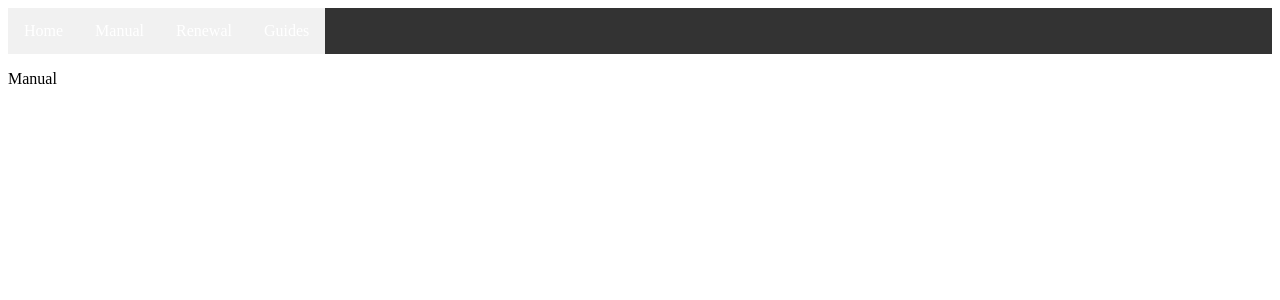
Repository: muesinga/ticketoffice-dot-info
Page: guides/manual.html
An editor plug-in stored every save of this project. The page is shown before and after a run of saves, followed by the edit.
The browser window is 1280 px wide. The pictures show the whole page.

Above is the page before, as saved 2022-06-07 14:29:45.
Console error: TypeError: Cannot read properties of null (reading 'getElementsByClassName')

### guides/manual.html
<!DOCTYPE html>
<html>
<head>
    <link rel="stylesheet" href="/style/style.css">
    <link rel="import" href="/components/nav.html">
    <script src="/src/nav.js" deferd></script>
    <script src="/src/index.js" defer></script>
</head>
<body>
    <script id="replace_with_navbar" src="index.js"></script>
<p>
    Manual
</p>

</body>
</html>

### style/style.css
  #navlink-container {
    list-style-type: none;
    margin: 0;
    padding: 0;
    overflow: hidden;
    background-color: #333;
  }
  .navlink {
    border: none;
    outline: none;
    padding: 14px 16px;
    background-color: #f1f1f1;
    cursor: pointer;
    text-decoration: none;
    display: block;
    color: white;
    float: left;
  }

  body {
    background-color:white;
  }
  ul {
    list-style-type: none;
    margin: 0;
    padding: 0;
    overflow: hidden;
    background-color: #38444d;
  }

  li {
    float: left;
  }

  .active, .navlink:hover {
    background-color: #666;
    color: white;
  }

  li a, .dropbtn {
    display: inline-block;
    color: white;
    text-align: center;
    padding: 14px 16px;
    text-decoration: none;
  }

  li a:hover, .dropdown:hover .dropbtn {
    background-color: red;
  }


  li.dropdown {
    display: inline-block;
  }

  .dropdown-content {
    display: none;
    position: absolute;
    background-color: #f9f9f9;
    min-width: 160px;
    box-shadow: 0px 8px 16px 0px rgba(0,0,0,0.2);
    z-index: 1;
  }

  .dropdown-content a {
    color: black;
    padding: 12px 16px;
    text-decoration: none;
    display: block;
    text-align: left;
  }

  .dropdown-content a:hover {background-color: #f1f1f1;}

  .dropdown:hover .dropdown-content {
    display: block;
  }

### src/nav.js
fetch('/components/nav.html')
.then(res => res.text())
.then(text => {
    let oldelem = document.querySelector("script#replace_with_navbar");
    let newelem = document.createElement("div");
    newelem.innerHTML = text;
    oldelem.parentNode.replaceChild(newelem,oldelem);
})

### src/index.js
var navlinkContainer = document.getElementById("navlink-container")
var navlinks = navlinkContainer.getElementsByClassName("navlink")


for (var i = 0; i < navlinks.length; i++) {
    navlinks[i].addEventListener("click", function() {
        var current = document.getElementsByClassName("active");
        current[0].className = current[0].className,replace("active", "");
        this.className += "active";
    });
}

### components/nav.html
<nav>
    <ul id="navlink-container">
        <li><a class="navlink" href="../index.html">Home</a></li>
        <li><a class="navlink" href="../guides/manual.html">Manual</a></li>
        <li><a class="navlink" href="../guides/renewal.html">Renewal</a></li>
        <li class="dropdown">
        <a href="javascript:void(0)" class="navlink">Guides</a>
        <div class="dropdown-content">
            <a href="../guides/manual.html">Manual</a>
            <a href="../guides/renewal.html">Renewal</a>
        </div>
        </li>
    </ul>
</nav>

After the next 13 saves:
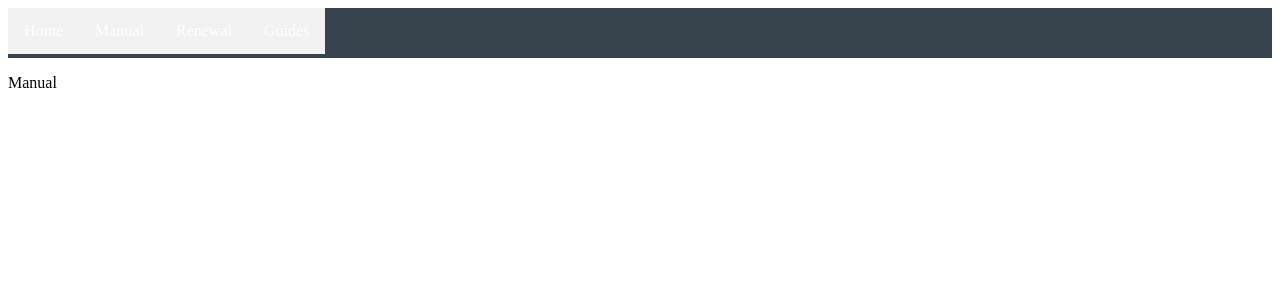
The 13 saves are shown as one change because they came seconds apart.
The last was saved 35 s later.
--- a/style/style.css
+++ b/style/style.css
@@ -3,7 +3,7 @@
     margin: 0;
     padding: 0;
     overflow: hidden;
-    background-color: #333;
+    background-color: #38444d;
   }
   .navlink {
     border: none;
@@ -17,27 +17,12 @@
     float: left;
   }
 
-  body {
-    background-color:white;
-  }
-  ul {
-    list-style-type: none;
-    margin: 0;
-    padding: 0;
-    overflow: hidden;
-    background-color: #38444d;
-  }
-
-  li {
-    float: left;
-  }
-
-  .active, .navlink:hover {
+  .active, .navlink:hover, {
     background-color: #666;
     color: white;
   }
 
-  li a, .dropbtn {
+  .dropbtn {
     display: inline-block;
     color: white;
     text-align: center;
